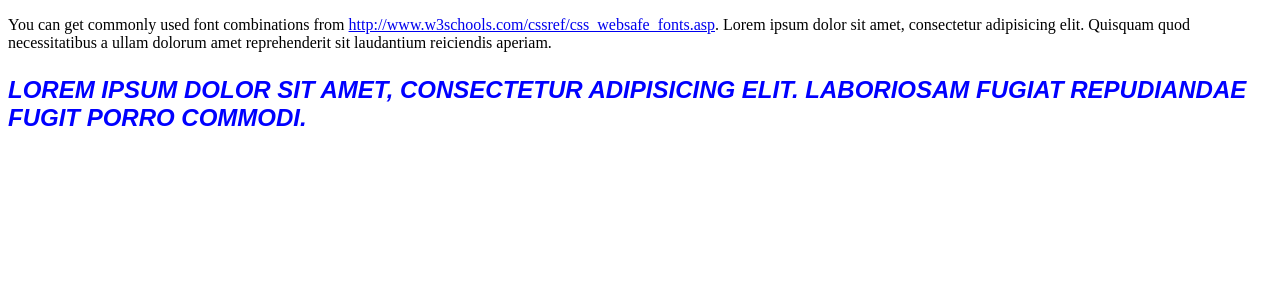
Repository: Aakarshit-Sharma19/Basic-HTML-and-CSS-Page-
Page: test.html
The author's editor kept a copy of each file at every save. The page is drawn from the files as they stood at one save, then again after the next save.
The browser window is 1280 px wide. The pictures show the whole page.

Above is the page before, as saved 2020-11-08 11:40:58.

### test.html
<!DOCTYPE html>
<html>
<head>
<meta charset="utf-8">
<title>Styling Text</title>
<style>
.style {
    font-family: Arial, Helvetica, sans-serif;
    color: blue;
    font-style: italic;
    font-weight: bold;
    font-size: 24px;
    text-transform: uppercase;
}
</style>
</head>
<body>
<p>You can get commonly used font combinations from <a href="http://www.w3schools.com/cssref/css_websafe_fonts.asp">http://www.w3schools.com/cssref/css_websafe_fonts.asp</a>. Lorem ipsum dolor sit amet, consectetur adipisicing elit. Quisquam quod necessitatibus a ullam dolorum amet reprehenderit sit laudantium reiciendis aperiam. </p>
<p class="style">Lorem ipsum dolor sit amet, consectetur adipisicing elit. Laboriosam fugiat repudiandae fugit porro commodi.</p>
</body>
</html>

After the next save:
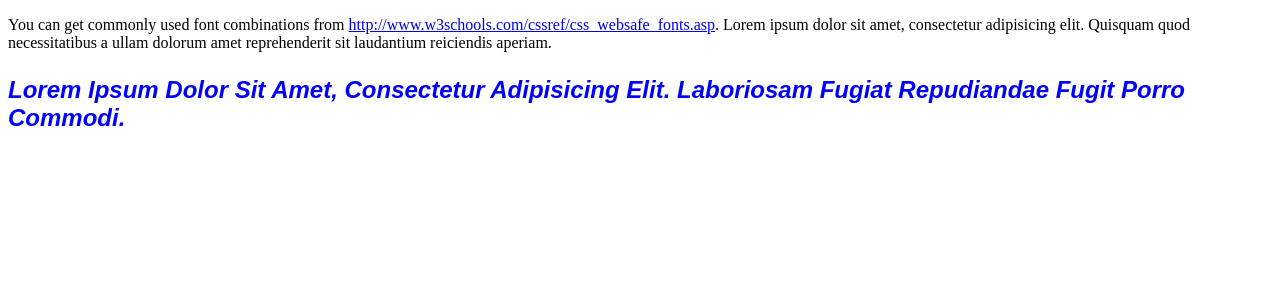
Saved 6 s later.
--- a/test.html
+++ b/test.html
@@ -10,7 +10,7 @@
     font-style: italic;
     font-weight: bold;
     font-size: 24px;
-    text-transform: uppercase;
+    text-transform: capitalize;
 }
 </style>
 </head>
